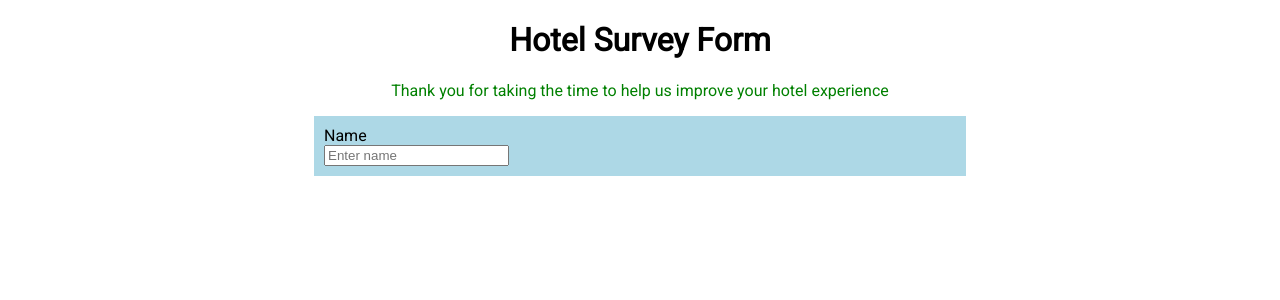
Repository: derektypist/survey-form
Page: index.html
The author's editor kept a record of every edit. The page is drawn from the files as they stood at one moment, then again after the next edit.
The browser window is 1280 px wide. The pictures show the whole page.

Above is the page before.

### index.html
<!DOCTYPE html>
<html lang="en">
<head>
    <meta charset="UTF-8">
    <meta name="viewport" content="width=device-width, initial-scale=1.0">
    <meta http-equiv="X-UA-Compatible" content="ie=edge">
    <title>Hotel Survey Form</title>
    <!-- Load Style Sheets -->
    <link href="https://fonts.googleapis.com/css?family=Roboto&display=swap" rel="stylesheet">
    <style>
        /* Title */
        #title {
            font-family: "Roboto", Arial, Verdana, sans-serif;
            text-align: center;
        }

        /* Description */
        #description {
            font-family: "Roboto", Arial, Verdana, sans-serif;
            text-align: center;
            color: green;
        }

        /* Survey Form */
        #survey-form {
            display: block;
            margin: auto;
            max-width: 50%;
            background-color: lightblue;
            font-family: "Roboto", Arial, Verdana, sans-serif;
            text-align: left;
            padding: 10px;
        }
    </style>
</head>
<body>
    <!-- Provide Title and Description -->
    <header>
        <h1 id="title">Hotel Survey Form</h1>
        <p id="description">Thank you for taking the time to help us improve your hotel experience</p>
    </header>

    <!-- Provide Survey Form -->
    <main>
        <section>
            <form id="survey-form">
                <label for="name-label" id="name-label">Name</label>
                <br>
                <input type="text" id="name" placeholder="Enter name" name="name" required></input>
                <br>

            </form>
        </section>
    </main>
</body>
</html>

After the next edit:
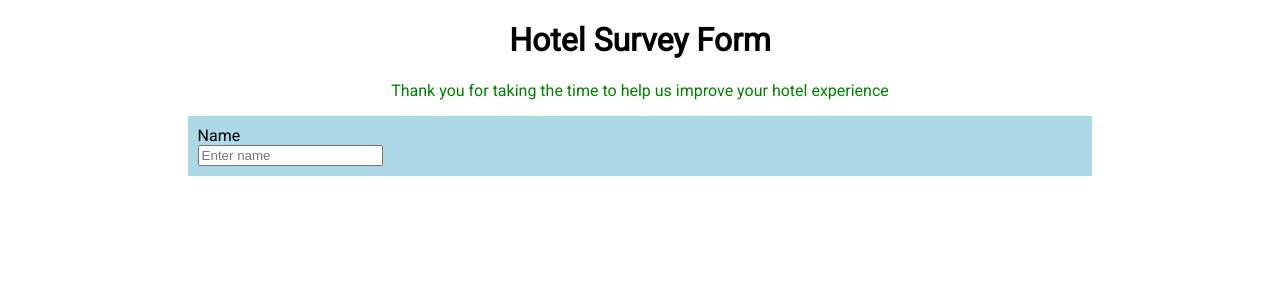
The edit:
--- a/index.html
+++ b/index.html
@@ -25,7 +25,7 @@
         #survey-form {
             display: block;
             margin: auto;
-            max-width: 50%;
+            max-width: 70%;
             background-color: lightblue;
             font-family: "Roboto", Arial, Verdana, sans-serif;
             text-align: left;
